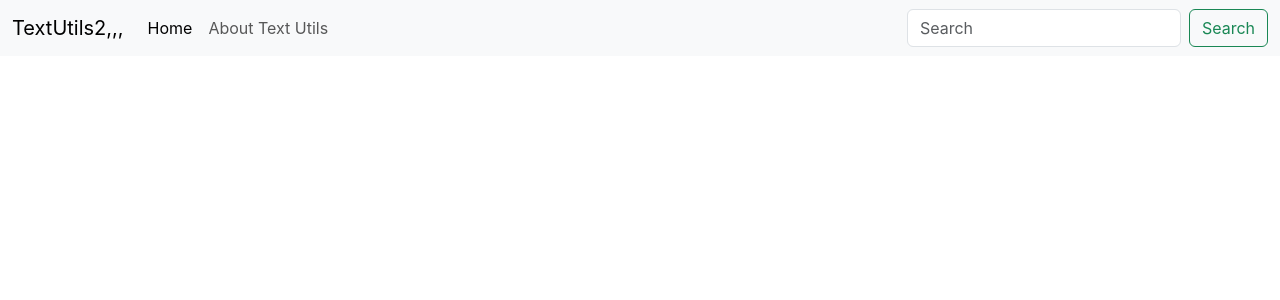
Repository: SujanNagaju/react-demo
Page: /
These files come from the project's save history. The page is drawn as it stood at one moment and after the next save; the edit follows.
The browser window is 1280 px wide. The pictures show the whole page.
The project was rebuilt for these pictures with package versions that can differ from the ones it lists, and the page was loaded fresh each time. Also part of the build but not shown: src/App.css.

Above is the page before, as saved 2024-12-28 23:46:53.

### public/index.html
<!DOCTYPE html>
<html lang="en">
  <head>
    <meta charset="utf-8" />
    <link rel="icon" href="%PUBLIC_URL%/favicon.ico" />
    <meta name="viewport" content="width=device-width, initial-scale=1" />
    <meta name="theme-color" content="#000000" />
    <meta
      name="description"
      content="Web site created using create-react-app"
    />
    <link rel="apple-touch-icon" href="%PUBLIC_URL%/logo192.png" />
    <!--
      manifest.json provides metadata used when your web app is installed on a
      user's mobile device or desktop. See https://developers.google.com/web/fundamentals/web-app-manifest/
    -->
    <link rel="manifest" href="%PUBLIC_URL%/manifest.json" />
    <!--
      Notice the use of %PUBLIC_URL% in the tags above.
      It will be replaced with the URL of the `public` folder during the build.
      Only files inside the `public` folder can be referenced from the HTML.

      Unlike "/favicon.ico" or "favicon.ico", "%PUBLIC_URL%/favicon.ico" will
      work correctly both with client-side routing and a non-root public URL.
      Learn how to configure a non-root public URL by running `npm run build`.
    -->
    <link href="https://cdn.jsdelivr.net/npm/bootstrap@5.3.3/dist/css/bootstrap.min.css" rel="stylesheet" integrity="sha384-QWTKZyjpPEjISv5WaRU9OFeRpok6YctnYmDr5pNlyT2bRjXh0JMhjY6hW+ALEwIH" crossorigin="anonymous">
    <title>React App</title>
  </head>
  <body>
    <noscript>You need to enable JavaScript to run this app.</noscript>
    <div id="root"></div>
    <!--
      This HTML file is a template.
      If you open it directly in the browser, you will see an empty page.

      You can add webfonts, meta tags, or analytics to this file.
      The build step will place the bundled scripts into the <body> tag.

      To begin the development, run `npm start` or `yarn start`.
      To create a production bundle, use `npm run build` or `yarn build`.
    -->
    <script src="https://cdn.jsdelivr.net/npm/bootstrap@5.3.3/dist/js/bootstrap.bundle.min.js" integrity="sha384-YvpcrYf0tY3lHB60NNkmXc5s9fDVZLESaAA55NDzOxhy9GkcIdslK1eN7N6jIeHz" crossorigin="anonymous"></script>

  </body>
</html>

### src/App.js
// logo from './logo.svg';
import './App.css';
import Navbar from './components/Navbar';

function App() {
  return (
    <>

      {/* <Navbar title="TextUtils..." aboutText="About"/> */}
      <Navbar />
    </>
  );
}

export default App;

### src/components/Navbar.js
import React from 'react'
import PropTypes from 'prop-types';

export default function Navbar({title="TextUtils2,,,", aboutText="About Text Utils"}) {
    // console.log(props);
  return (
    <nav className="navbar navbar-expand-lg bg-body-tertiary">
        <div className="container-fluid">
            <a className="navbar-brand" href="/">{title}</a>
            <button className="navbar-toggler" type="button" data-bs-toggle="collapse" data-bs-target="#navbarSupportedContent" aria-controls="navbarSupportedContent" aria-expanded="false" aria-label="Toggle navigation">
            <span className="navbar-toggler-icon"></span>
            </button>
            <div className="collapse navbar-collapse" id="navbarSupportedContent">
            <ul className="navbar-nav me-auto mb-2 mb-lg-0">
                <li className="nav-item">
                <a className="nav-link active" aria-current="page" href="/">Home</a>
                </li>
                <li className="nav-item">
                <a className="nav-link" href="/">{aboutText}</a>
                </li>

            </ul>
            <form className="d-flex" role="search">
                <input className="form-control me-2" type="search" placeholder="Search" aria-label="Search"/>
                <button className="btn btn-outline-success" type="submit">Search</button>
            </form>
            </div>
        </div>
    </nav>
  )
}


Navbar.propTypes = {
    title: PropTypes.string.isRequired,
    aboutText: PropTypes.string.isRequired
}

Navbar.defaultProps = {
    title: 'TextUtils2...',
    aboutText: 'About'
}

Loaded but not shown: src/index.js (common file); src/index.css (common file); src/reportWebVitals.js (common file)

After the next save:
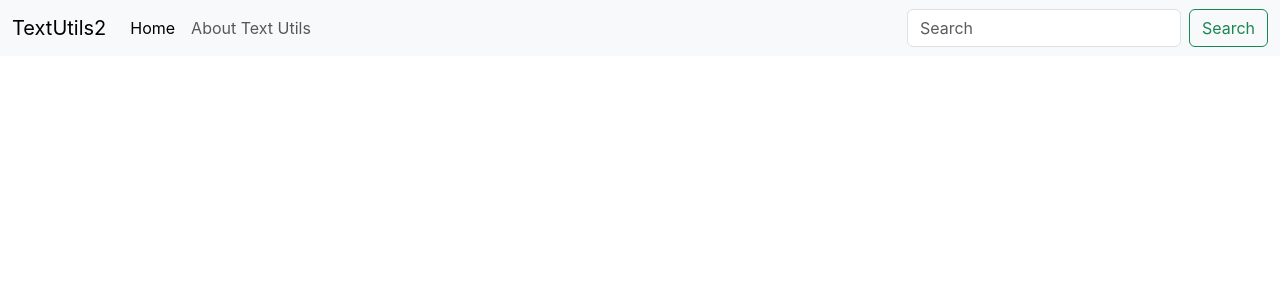
Saved 10 s later.
--- a/src/components/Navbar.js
+++ b/src/components/Navbar.js
@@ -1,7 +1,7 @@
 import React from 'react'
 import PropTypes from 'prop-types';
 
-export default function Navbar({title="TextUtils2,,,", aboutText="About Text Utils"}) {
+export default function Navbar({title="TextUtils2", aboutText="About Text Utils"}) {
     // console.log(props);
   return (
     <nav className="navbar navbar-expand-lg bg-body-tertiary">
